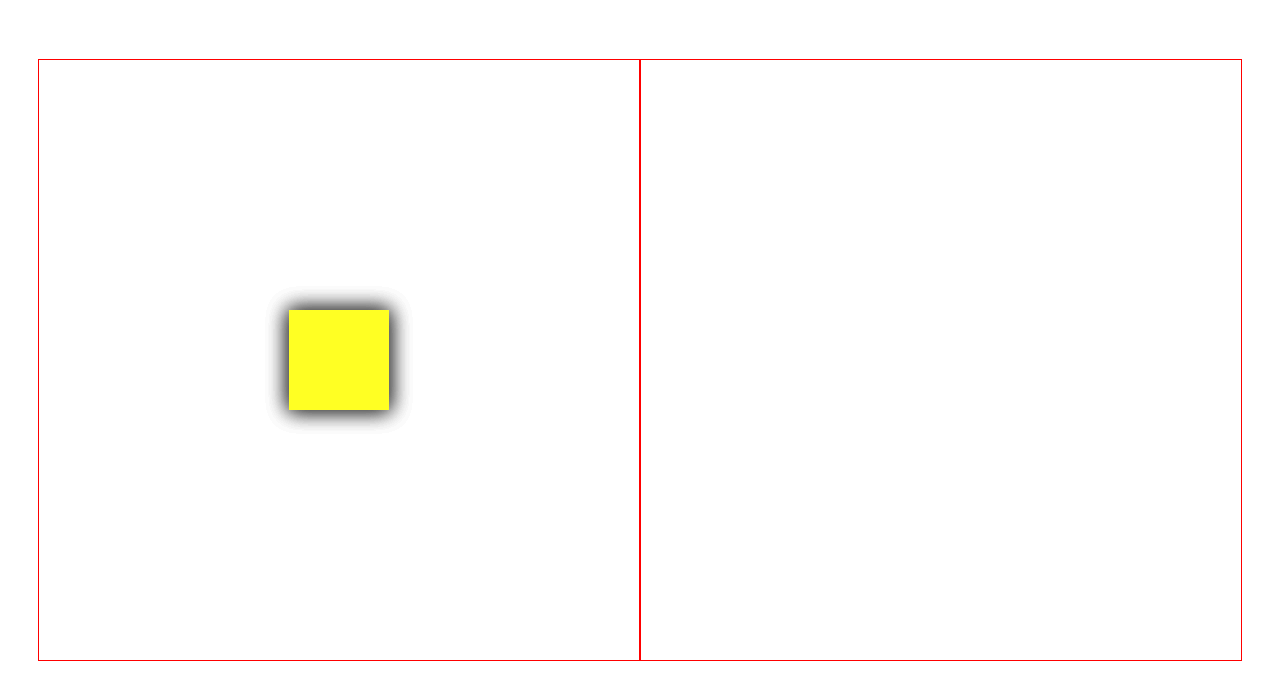
Repository: randgars/game
Page: index.html
These files come from the project's save history. The page is drawn as it stood at one moment and after the next save; the edit follows.
The browser window is 1280 px wide. The pictures show the whole page.

Above is the page before, as saved 2017-09-29 11:03:32.

After the next save:
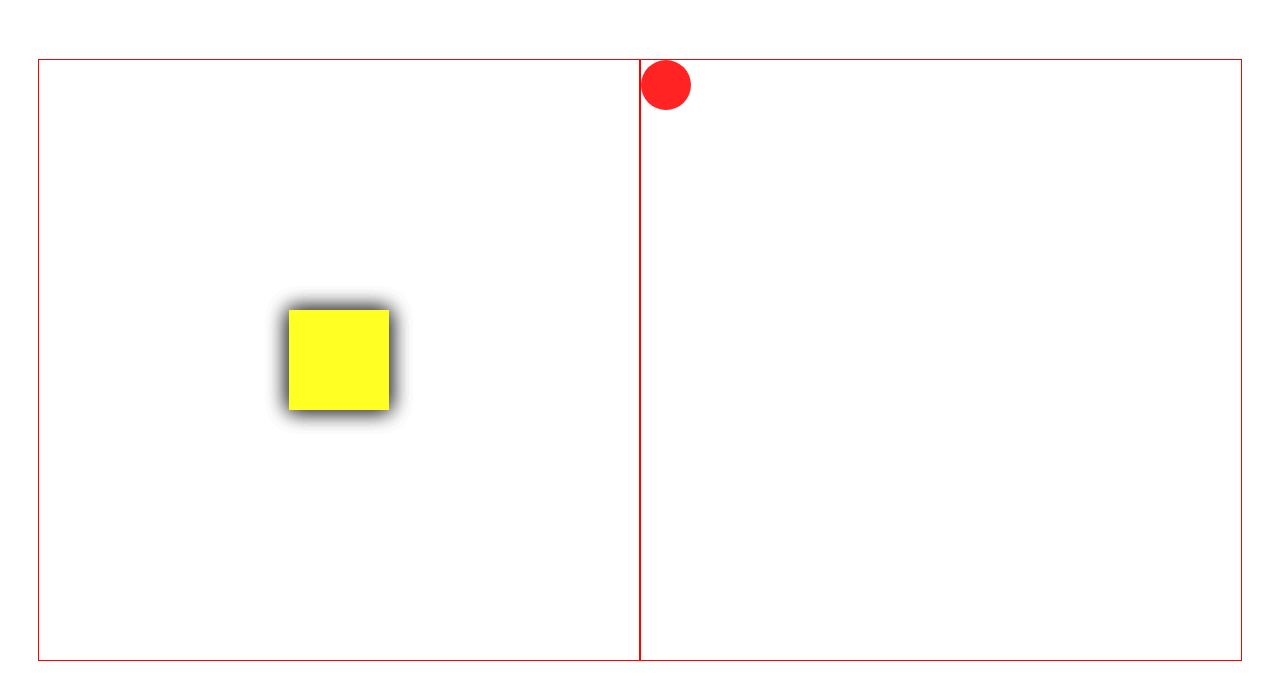
Saved 36 s later.
--- a/style.css
+++ b/style.css
@@ -129,3 +129,10 @@ body {
         transform: rotate(360deg);
     }
 }
+
+.circle {
+    border-radius: 100%;
+    background-color: rgb(255, 35, 35);
+    width: 50px;
+    height: 50px;
+}
